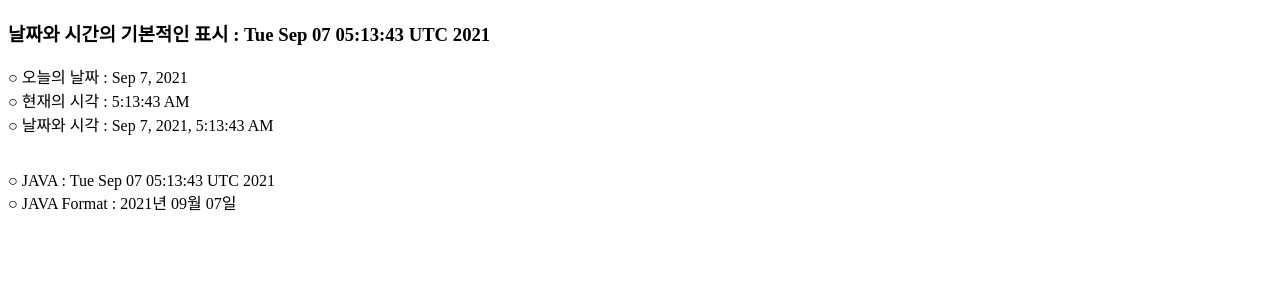
Repository: youngmoon525/Jsp_Servlet
Page: http://localhost/03.JSP/jsp38.jsp
These files come from the project's save history. The page is drawn as it stood at one moment and after the next save; the edit follows.
The browser window is 1280 px wide. The pictures show the whole page.
The page is served by Tomcat 9. Other server files are loaded and not shown.

Above is the page before, as saved 2021-09-09 03:34:22.

### workspace/03.JSP/WebContent/jsp38.jsp
<%@page import="java.text.SimpleDateFormat"%>
<%@page import="java.util.Date"%>
<%@ page language="java" contentType="text/html; charset=UTF-8" pageEncoding="UTF-8"%>
<%@ taglib prefix="c" uri="http://java.sun.com/jsp/jstl/core" %>
<%@ taglib prefix="fmt" uri="http://java.sun.com/jsp/jstl/fmt" %>
<!DOCTYPE html>
<html>
<head>
<meta charset="UTF-8">
<title>JSP38</title>
</head>
<body>
<c:set var="date" value="<%=new Date() %>"/>
<h3>날짜와 시간의 기본적인 표시 : ${date}</h3>
○ 오늘의 날짜 : <fmt:formatDate value="${date}" type="date"/><br/>
○ 현재의 시각 : <fmt:formatDate value="${date}" type="time"/><br/>
○ 날짜와 시각 : <fmt:formatDate value="${date}" type="both"/><br/>


<br/><br/>
<%
Date now = new Date();
SimpleDateFormat sdf = new SimpleDateFormat("yyyy년 MM월 dd일");
%>
○ JAVA : <%=now %><br/>
○ JAVA Format : <%=sdf.format(now) %>
</body>
</html>

After the next save:
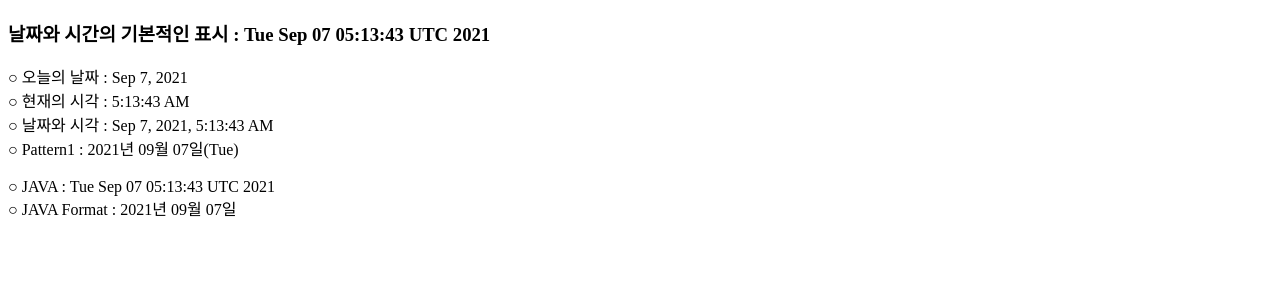
Saved 6 min 40 s later.
--- a/workspace/03.JSP/WebContent/jsp38.jsp
+++ b/workspace/03.JSP/WebContent/jsp38.jsp
@@ -15,7 +15,7 @@
 ○ 오늘의 날짜 : <fmt:formatDate value="${date}" type="date"/><br/>
 ○ 현재의 시각 : <fmt:formatDate value="${date}" type="time"/><br/>
 ○ 날짜와 시각 : <fmt:formatDate value="${date}" type="both"/><br/>
-
+○ Pattern1 : <fmt:formatDate value="${date}" pattern="yyyy년 MM월 dd일(E)"/>
 
 <br/><br/>
 <%
